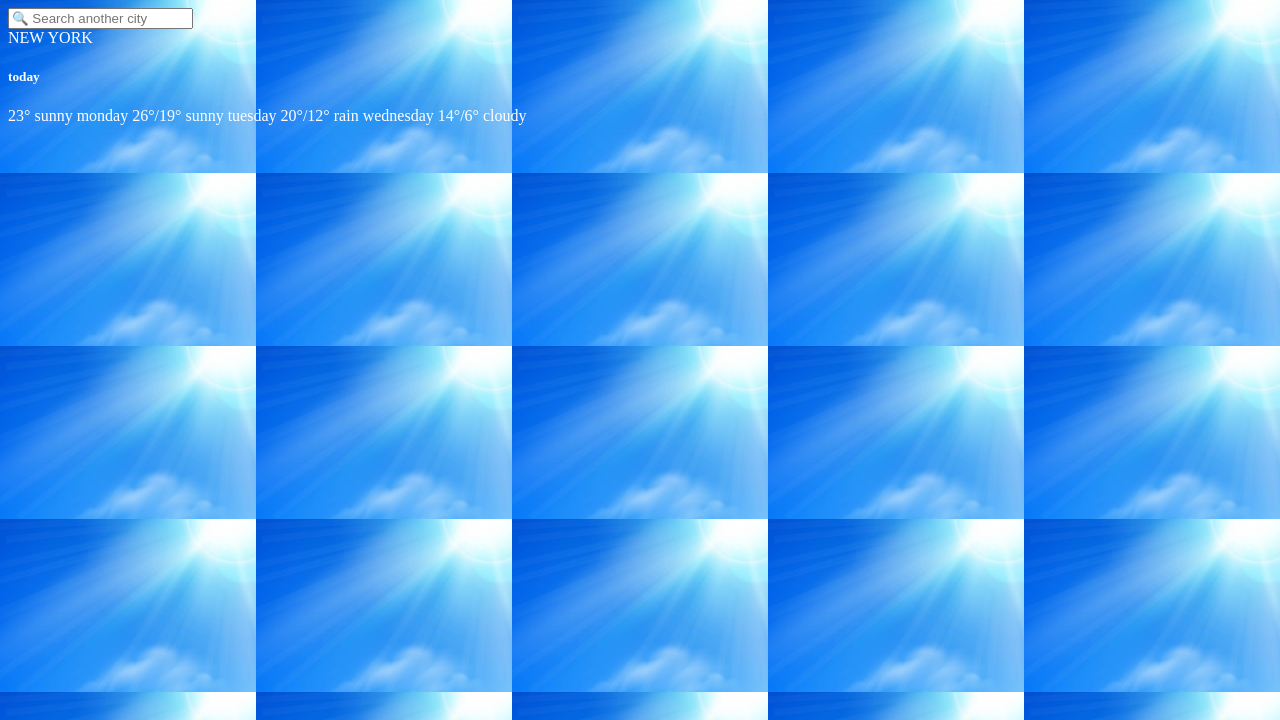
Repository: liav13/WeatherTast
Page: index.html
The author's editor kept a copy of each file at every save. The page is drawn from the files as they stood at one save, then again after the next save.
The browser window is 1280 px wide. The pictures show the whole page.
The style sheet was rebuilt from its Sass, Less or Tailwind sources for each picture, by a compiler version that may differ from the author's.

Above is the page before, as saved 2019-07-13 13:36:17.

After the next save:
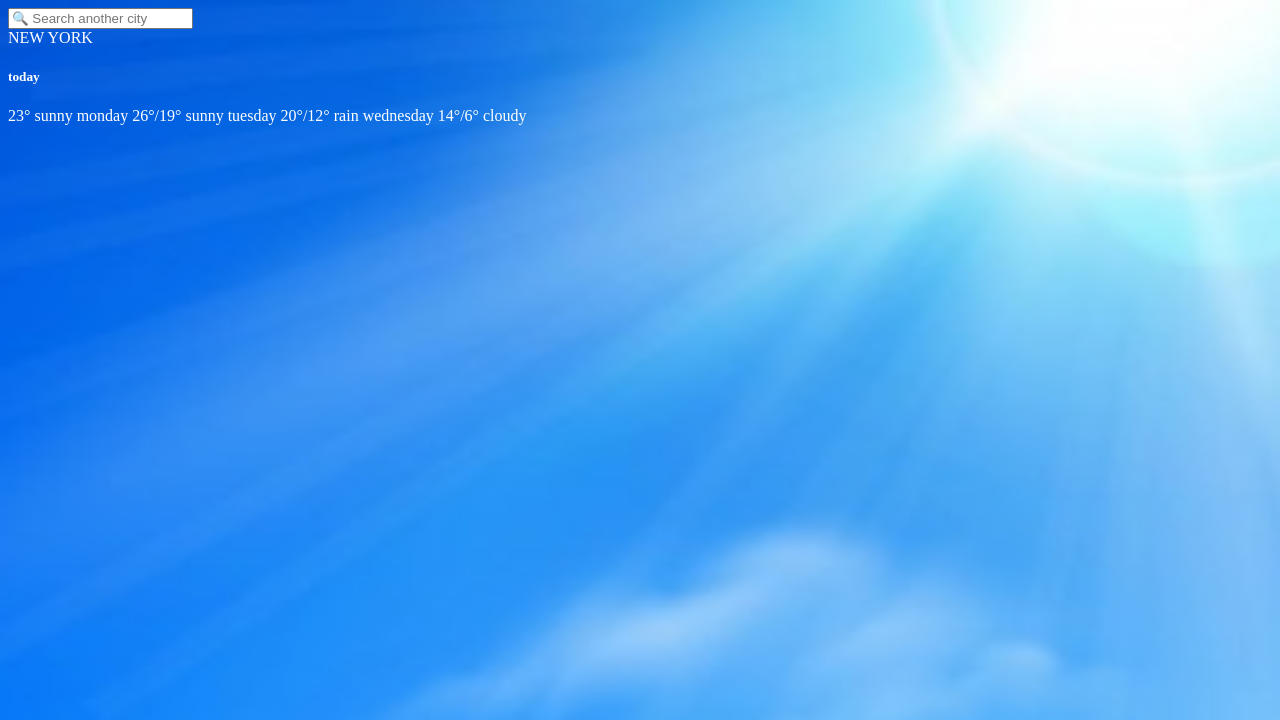
Saved 38 s later.
--- a/styles/style.scss
+++ b/styles/style.scss
@@ -7,4 +7,6 @@
 body{
     background-color:black;
     background-image: $backgroundImg;
+    background-repeat: no-repeat;
+    background-size:100% 100%;
 }
